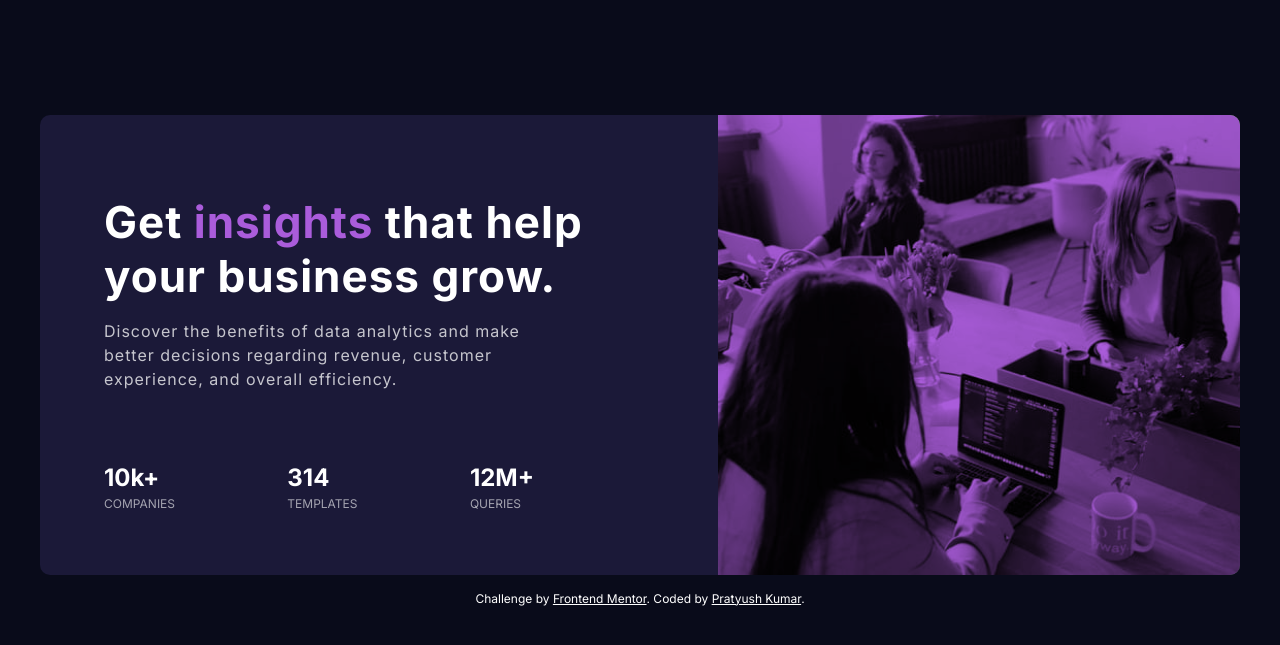
Repository: PratypartyY2K/frontendmentor-challenges
Page: stats-preview-card-component-main/index.html
These files come from the project's save history. The page is drawn as it stood at one moment and after the next save; the edit follows.
The browser window is 1280 px wide. The pictures show the whole page.

Above is the page before, as saved 2021-07-14 01:27:36.

After the next save:
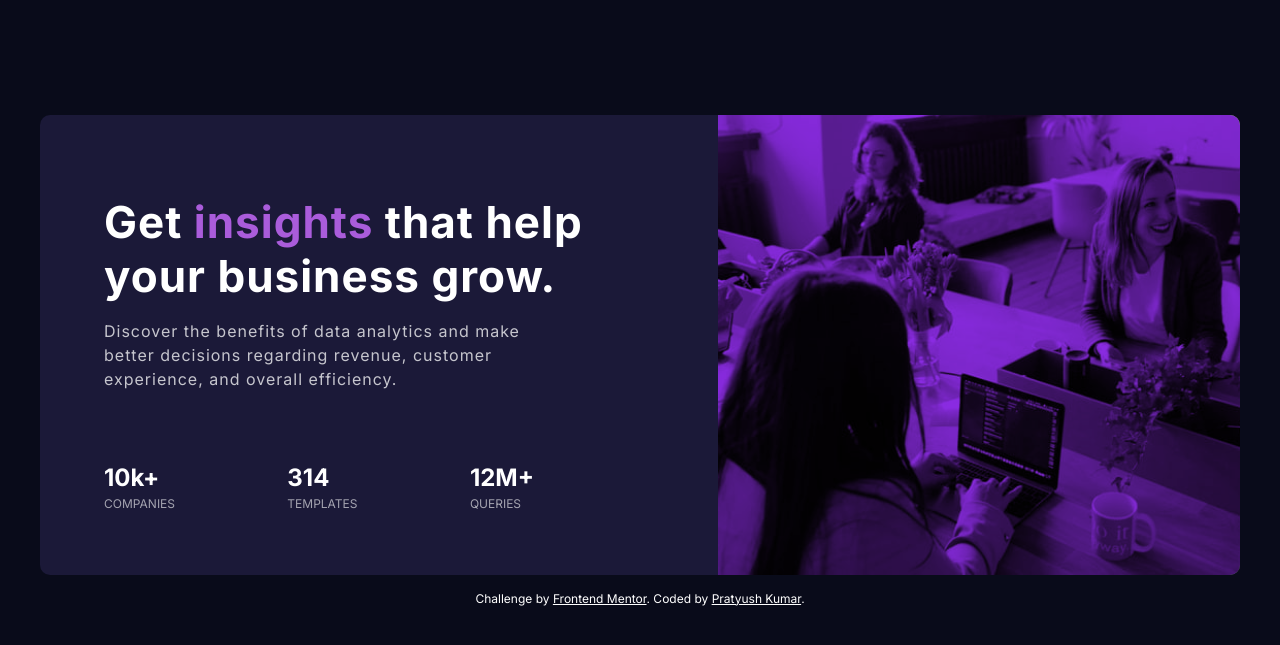
Saved 16 s later.
--- a/stats-preview-card-component-main/style.css
+++ b/stats-preview-card-component-main/style.css
@@ -82,11 +82,7 @@
     background-size: cover;
 }
 
-.overlay {
-    background-color: hsl(277, 64%, 61%);
-    height: 100%;
-    mix-blend-mode: multiply;
-}
+
 
 .overlay-2 {
     background-color: blueviolet;
